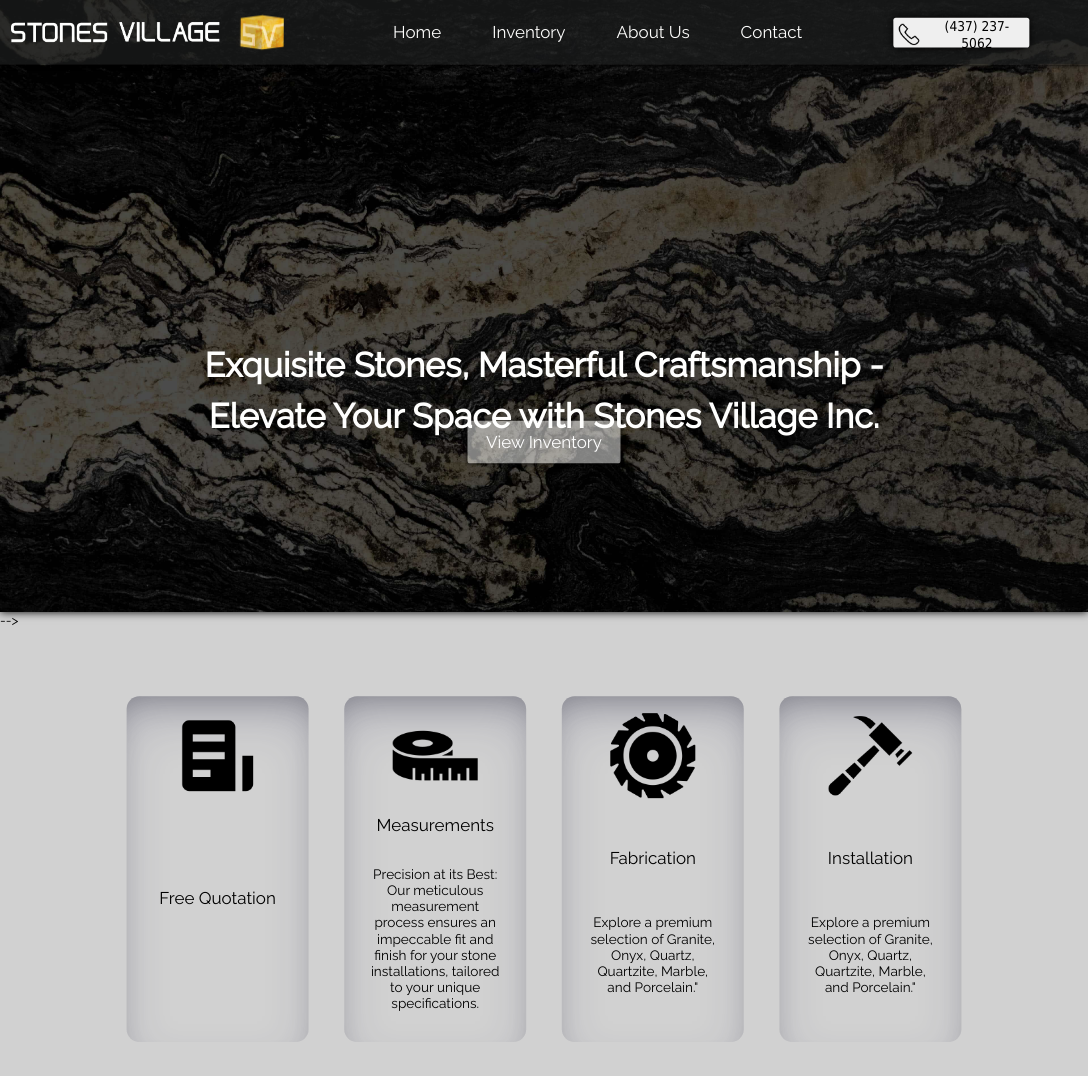
Repository: shayanabedi98/Stones-Village
Page: index.html
These files come from the project's save history. The page is drawn as it stood at one moment and after the next save; the edit follows.
The browser window is 1280 px wide. The pictures show the whole page, at 85% of full size.
Backgrounds fixed to the window are drawn as part of the page.

Above is the page before, as saved 2023-10-22 17:20:11.

After the next save:
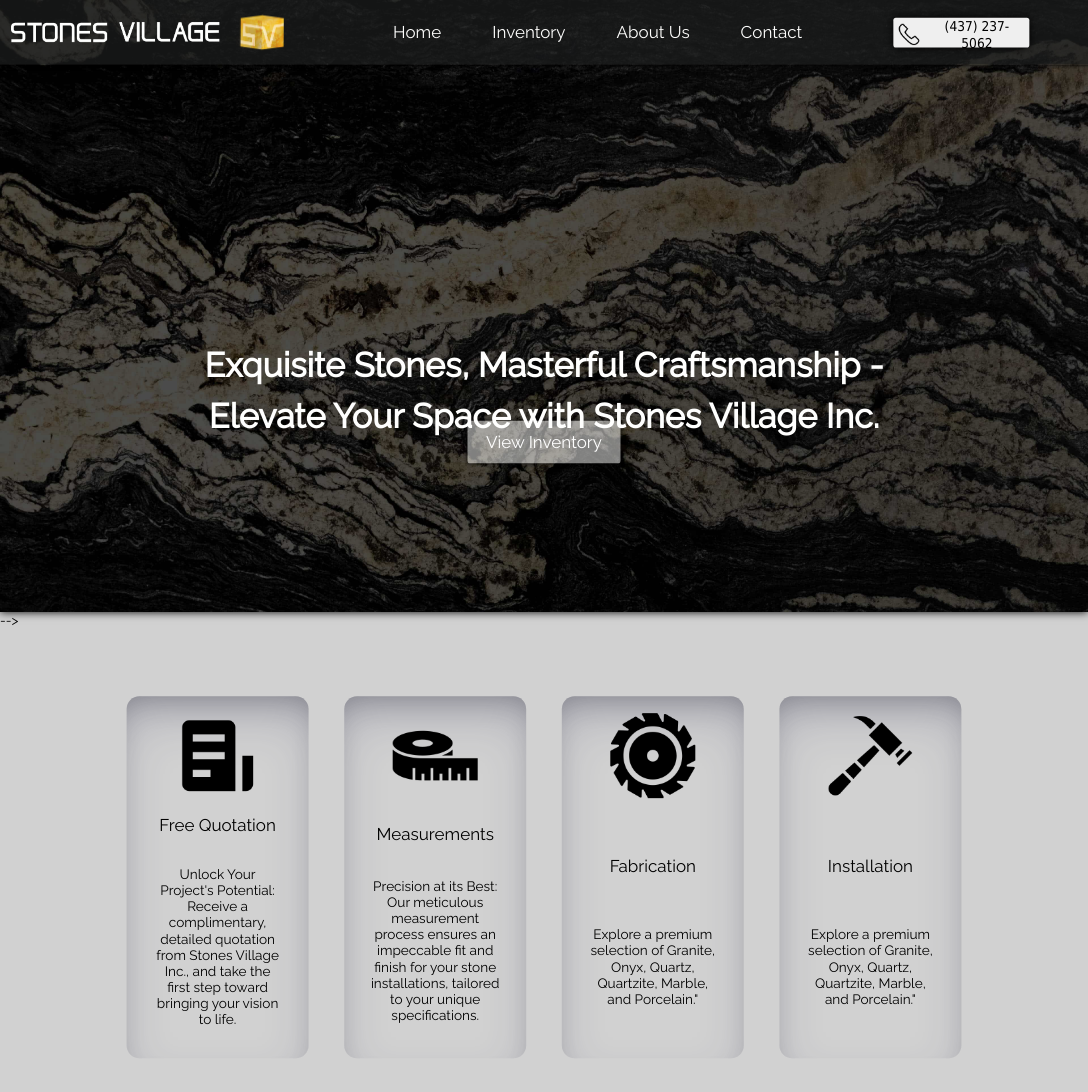
Saved 26 s later.
--- a/index.html
+++ b/index.html
@@ -63,7 +63,7 @@ Our trained professionals carry out careful and precise installations. We also p
                 <img src="./resources/invoice-svgrepo-com.png" alt="Icon of Stone Slab">
                 <div class="card-text">
                     <p class="card-name">Free Quotation</p>
-                    <p class="card-description"></p>
+                    <p class="card-description">Unlock Your Project's Potential: Receive a complimentary, detailed quotation from Stones Village Inc., and take the first step toward bringing your vision to life.</p>
                 </div>
             </div>
             <div class="card">
